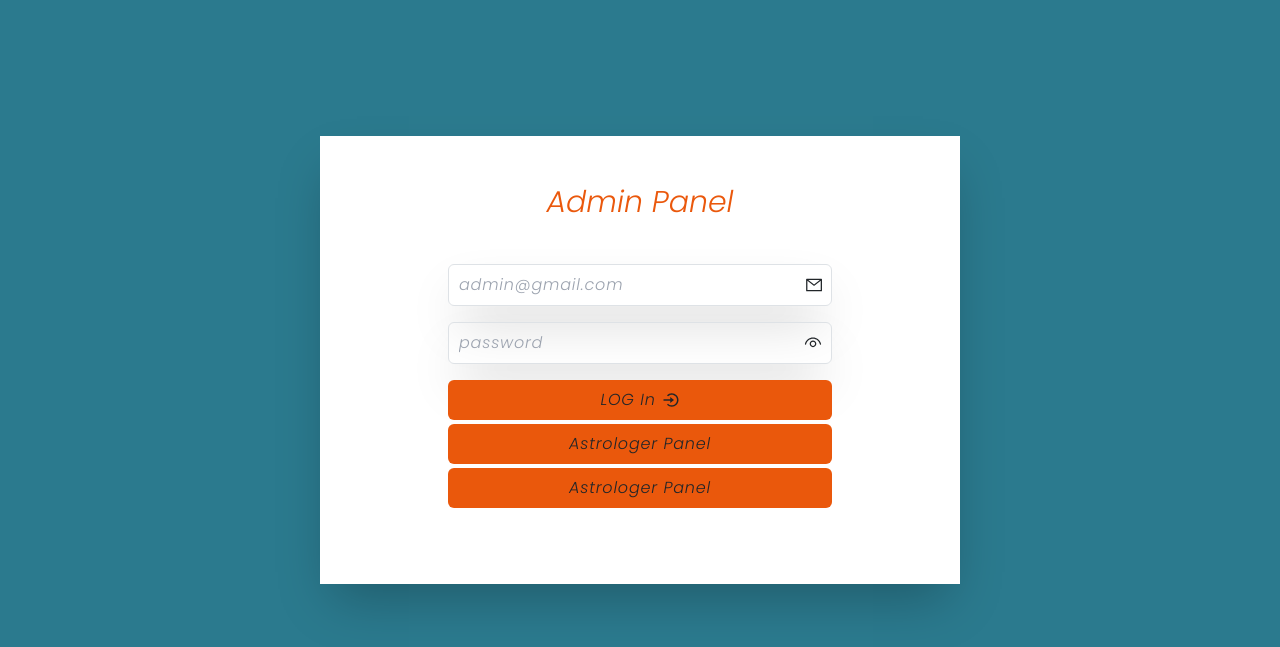
Repository: FlyweisReact/Hariom-Admin-Panel
Page: /
An editor plug-in stored every save of this project. The page is shown before and after the next save, followed by the edit.
The browser window is 1280 px wide. The pictures show the whole page.
Some web libraries are served in a nearby version. The project was rebuilt for these pictures with package versions that can differ from the ones it lists, and the page was loaded fresh each time. Also part of the build but not shown: src/components/vendorPanel/components/layout/Navbar.jsx, src/components/vendorPanel/components/layout/Sidebar.jsx, src/components/vendorPanel/components/layout/HOC.jsx, src/components/vendorPanel/components/pages/Astrologer/Astrologers.js, src/components/vendorPanel/components/pages/Astrologer/Banners.js, src/vendorPanel/layout/Navbar.jsx, src/vendorPanel/layout/Sidebar.jsx, src/vendorPanel/layout/HOC.jsx and 5 more. Imported but missing from the stored project, and not drawn on this page: src/components/vendorPanel/components/pages/Astrologer/AdminDiscount, src/components/vendorPanel/components/pages/Astrologer/AdminReview, src/components/vendorPanel/components/pages/Astrologer/UploadDocs, src/components/vendorPanel/components/pages/Booking/Booking, src/components/vendorPanel/components/pages/Horoscope/Horoscope, src/components/vendorPanel/components/pages/Kundli/Kundli, src/components/vendorPanel/components/pages/Message/Message, src/components/vendorPanel/components/pages/Support and 2 more.

Above is the page before, as saved 2023-04-15 15:05:18.

### public/index.html
<!-- @format -->

<!DOCTYPE html>
<html lang="en">
  <head>
    <meta charset="utf-8" />
    <meta name="viewport" content="width=device-width, initial-scale=1" />
    <meta name="theme-color" content="#000000" />
    <meta
      name="description"
      content="Web site created using create-react-app"
    />
    <link rel="apple-touch-icon" href="%PUBLIC_URL%/favicon.ico?v=2" />
    <link rel="manifest" href="%PUBLIC_URL%/manifest.json" />
    <link rel="preconnect" href="https://fonts.googleapis.com">
<link rel="preconnect" href="https://fonts.gstatic.com" crossorigin>
<link href="https://fonts.googleapis.com/css2?family=Roboto+Mono:ital,wght@1,300&display=swap" rel="stylesheet">
    <title>HariOm</title>
  </head>
  <body>
    <noscript>You need to enable JavaScript to run this app.</noscript>
    <div id="root"></div>
    <script src="https://code.jquery.com/jquery-3.6.0.min.js"></script>
    <script src="https://kit.fontawesome.com/b533b351e4.js" crossorigin="anonymous"></script>
  </body>
</html>

### src/index.js
import React from "react";
import ReactDOM from "react-dom/client";
import "./index.css";
import App from "./App";
import { BrowserRouter } from "react-router-dom";
import 'bootstrap/dist/css/bootstrap.min.css'

const root = ReactDOM.createRoot(document.getElementById("root"));
root.render(
  <React.StrictMode>
    <BrowserRouter>
      <App />
    </BrowserRouter>
  </React.StrictMode>
);

### src/index.css
/** @format */

@tailwind base;
@tailwind components;
@tailwind utilities;
@import url("https://fonts.googleapis.com/css2?family=Roboto+Mono:ital,wght@1,300&display=swap");
@font-face {
  font-family: Roboto;
  src: url('./Poppins-LightItalic.ttf');
}
body {
  margin: 0;
  font-family:Roboto !important;
  -webkit-font-smoothing: antialiased;
  -moz-osx-font-smoothing: grayscale;
}



code {
  font-family:Roboto !important;
}

html {
  font-family:Roboto !important;
}

::-webkit-scrollbar {
  width: 10px;
}
.fa-trash {
  color: red;
  cursor: pointer;
}

/* Track */
::-webkit-scrollbar-track {
  background: #f1f1f1;
}

/* Handle */
::-webkit-scrollbar-thumb {
  background: #888;
}

/* Handle on hover */
::-webkit-scrollbar-thumb:hover {
  background: #555;
}
.profileImage{
  width: 100px;
}
.fa-eye{
  color: #029aff;
  cursor: pointer;
}

.View{
  border:  1px solid black;
  width: 100%;
  padding: 10px;

}

.main-card--container {
  display: grid;
  grid-template-columns: repeat(3, minmax(300px, 500px));
  grid-gap: 50px;
  justify-content: space-around;
}
.card-container {
  margin: 25px 0 auto;
  box-shadow: rgba(0, 0, 0, 0.35) 0px 5px 15px;
  position: relative;
  display: grid;
  grid-template-columns: 1fr;
  justify-content: space-around;
  align-items: flex-start;
}

.myEdit:focus {
  box-shadow: rgba(0, 0, 0, 0.35) 0px 5px 15px;
}

### src/App.js
/** @format */

import { Routes, Route } from "react-router-dom";
import { ToastContainer } from "react-toastify";
import MSG from "./components/vendorPanel/components/pages/Message/Message";
import "react-toastify/dist/ReactToastify.css";
import VendorLogin from "./components/vendorPanel/components/forms/VendorLogin";
import VendorDashboard from "./components/vendorPanel/components/pages/VendorDashboard";
import Astrologers from "./components/vendorPanel/components/pages/Astrologer/Astrologers";
import Users from "./components/vendorPanel/components/pages/Users/Users";
import Kundli from "./components/vendorPanel/components/pages/Kundli/Kundli";
import AdminHoro from "./components/vendorPanel/components/pages/Horoscope/Horoscope";
import Booking from "./components/vendorPanel/components/pages/Booking/Booking";
import AdminReview from "./components/vendorPanel/components/pages/Astrologer/AdminReview";
import UploadDocs from "./components/vendorPanel/components/pages/Astrologer/UploadDocs";
import Banners from "./components/vendorPanel/components/pages/Astrologer/Banners";
import AdminDiscount from "./components/vendorPanel/components/pages/Astrologer/AdminDiscount";
import Support from "./components/vendorPanel/components/pages/Support";
import Product from "./components/vendorPanel/components/pages/Product";
import Testimonial from "./components/vendorPanel/components/pages/Testimonial";
import AdminUsers from "./components/vendorPanel/components/pages/AdminUsers";
import AdminBlogs from "./components/vendorPanel/components/pages/AdminBlogs";
import AdminCategory from "./components/vendorPanel/components/pages/AdminCategory";

function App() {
  return (
    <>
      <ToastContainer />

      <Routes>
        <Route path="/" element={<VendorLogin />} />
        <Route path="/vendorDashboard" element={<VendorDashboard />} />
        <Route path="/astro" element={<Astrologers />} />
        <Route path="/kundli" element={<Kundli />} />
        <Route path="/horo" element={<AdminHoro />} />
        <Route path="/adminReviews" element={<AdminReview />} />
        <Route path="/uploadDocs" element={<UploadDocs />} />
        <Route path="/Banners" element={<Banners />} />
        <Route path="/AdminDiscount" element={<AdminDiscount />} />
        <Route path="/msg" element={<MSG />} />
        <Route path="/book" element={<Booking />} />
        <Route path="/users" element={<Users />} />
        <Route path="/support" element={<Support />} />
        <Route path="/product" element={<Product />} />
        <Route path="/testimonial" element={<Testimonial />} />


        <Route path="/admin/users" element={<AdminUsers />} />
        <Route path='/admin/blogs' element={<AdminBlogs />} />
        <Route path="/admin/category" element={<AdminCategory />} />
      </Routes>
    </>
  );
}

export default App;

### src/components/vendorPanel/components/forms/VendorLogin.jsx
/** @format */

import React, { useState } from "react";
import { VscEyeClosed, VscEye } from "react-icons/vsc";
import { AiOutlineMail } from "react-icons/ai";
import { BiLogInCircle } from "react-icons/bi";
import { useNavigate } from "react-router-dom";
import { toast } from "react-toastify";
import { Oval } from "react-loader-spinner";

const VendorLogin = () => {
  const [pass, setPass] = useState(false);
  const [inputpass, setInputpass] = useState(false);
  const navigate = useNavigate();
  const [loading, setLoading] = useState(false);

  const submitHandler = async (e) => {
    e.preventDefault();
    setLoading(true);
    try {
      navigate("/vendorDashboard");
      toast.success("Welcome Admin ");
      setLoading(false);
    } catch (err) {
      console.log("Admin Login err => ", err);
      setLoading(false);
    }
  };

  return (
    <>
      <div
        className="w-full h-screen flex flex-col justify-center items-center "
        style={{ backgroundColor: "#2b7a8e" }}
      >
        <form className="shadow-2xl w-96 mx-3 sm:mx-0 sm:w-4/5 md:w-4/6 lg:w-4/5 xl:w-1/2 flex flex-col items-center bg-white p-5 md:py-10 ">
          <p className="text-3xl text-orange-600"> Admin Panel </p>
          <section className="py-7">
            {/* Email */}
            <div className="shadow-2xl sm:w-96 border border-[rgb(241,146,46)] space-x-4 flex items-center w-64  p-2 rounded-md">
              <input
                type="email"
                placeholder="admin@gmail.com"
                required
                className="outline-none px-0.5  bg-transparent tracking-wider w-full"
              />
              <AiOutlineMail className="text-xl " />
            </div>
            {/* Password */}
            <div className="shadow-2xl sm:w-96 border border-[rgb(241,146,46)] space-x-4 flex items-center w-64  p-2 rounded-md mt-3">
              <input
                type={inputpass ? "text" : "password"}
                placeholder="password"
                name="password"
                required
                className="outline-none px-0.5  bg-transparent tracking-wider w-full  "
              />

              <span
                onClick={() => {
                  setPass(!pass);
                  setInputpass(!inputpass);
                }}
                className="text-xl cursor-pointer hover:scale-90 "
              >
                {pass ? <VscEyeClosed /> : <VscEye />}
              </span>
            </div>

            <button
              type="submit"
              className="py-2 cursor-pointer tracking-wider bg-orange-600 flex justify-center items-center w-full rounded-md font-medium  mt-3 "
              onClick={submitHandler}
            >
              {loading ? (
                <Oval height={30} secondaryColor="black" color="black" />
              ) : (
                <div className="flex items-center">
                  <span className="flex items-center justify-center">
                    LOG In
                  </span>

                  <BiLogInCircle className="pl-1.5 text-2xl" />
                </div>
              )}
            </button>
            <button
              type="button"
              onClick={() => navigate("/")}
              className="py-2 cursor-pointer tracking-wider bg-orange-600 flex justify-center items-center w-full rounded-md font-medium mt-1 "
            >
              Astrologer Panel
            </button>
            <button
              type="button"
              onClick={() => navigate("/")}
              className="py-2 cursor-pointer tracking-wider bg-orange-600 flex justify-center items-center w-full rounded-md font-medium  mt-1  "
            >
              Astrologer Panel
            </button>
          </section>
        </form>
      </div>
    </>
  );
};

export default VendorLogin;

Loaded but not shown: tailwind.config.js (common file)

After the next save:
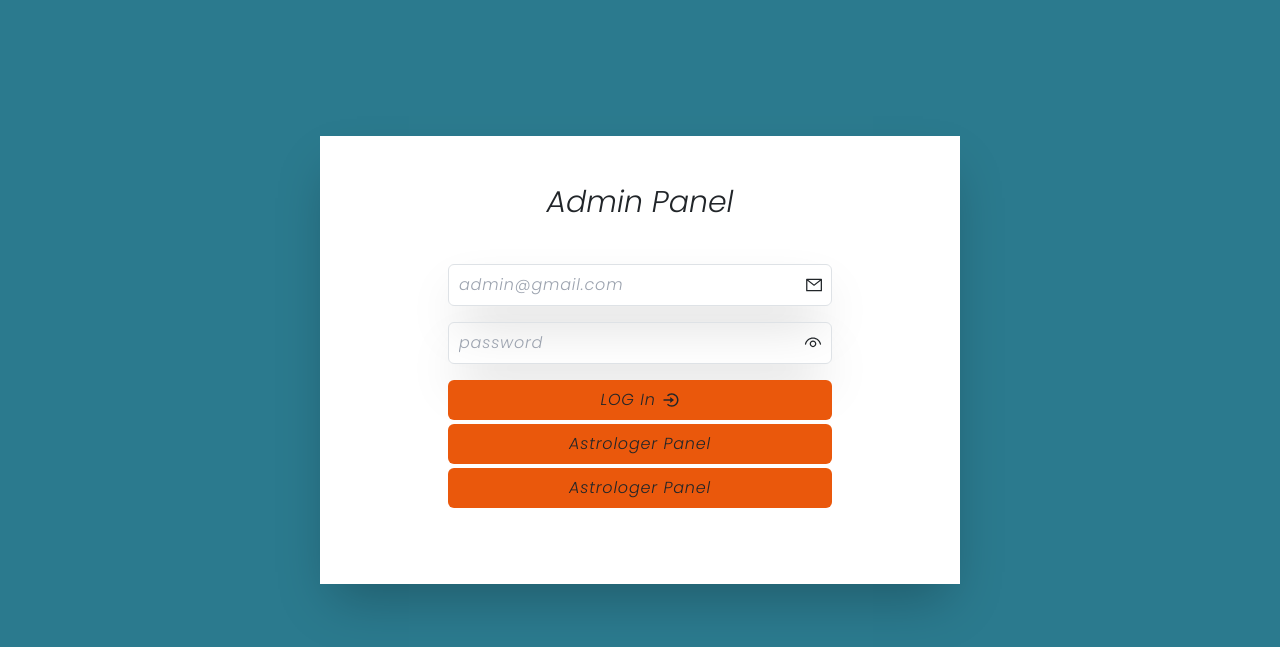
Saved 43 s later.
--- a/src/components/vendorPanel/components/forms/VendorLogin.jsx
+++ b/src/components/vendorPanel/components/forms/VendorLogin.jsx
@@ -34,7 +34,7 @@ const VendorLogin = () => {
         style={{ backgroundColor: "#2b7a8e" }}
       >
         <form className="shadow-2xl w-96 mx-3 sm:mx-0 sm:w-4/5 md:w-4/6 lg:w-4/5 xl:w-1/2 flex flex-col items-center bg-white p-5 md:py-10 ">
-          <p className="text-3xl text-orange-600"> Admin Panel </p>
+          <p className="text-3xl"> Admin Panel </p>
           <section className="py-7">
             {/* Email */}
             <div className="shadow-2xl sm:w-96 border border-[rgb(241,146,46)] space-x-4 flex items-center w-64  p-2 rounded-md">
